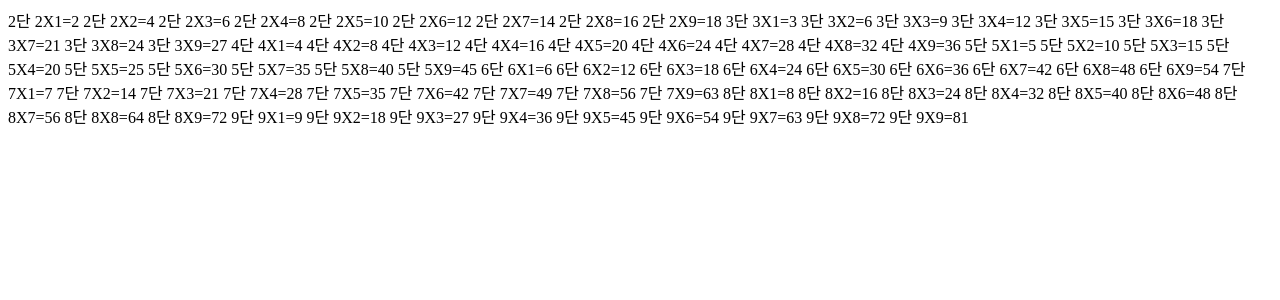
Repository: sieoh/2024html-
Page: http://localhost/jspweb_07/HW_07_이시연.jsp
These files come from the project's save history. The page is drawn as it stood at one moment and after the next save; the edit follows.
The browser window is 1280 px wide. The pictures show the whole page.
The page is served by Tomcat 9. Other server files are loaded and not shown.

Above is the page before, as saved 2024-01-11 02:33:48.

### workspace_sts/jspweb_07/src/main/webapp/HW_07_이시연.jsp
<%@ page language="java" contentType="text/html; charset=UTF-8"
    pageEncoding="UTF-8"%>
<!DOCTYPE html>
<html>
<head>
<meta charset="UTF-8">
<title>Insert title here</title>
</head>
<body>
	<%
		for(int i=2;i<10;i++) {
			for(int j=1;j<10;j++) {
				out.println(i+"단");
				out.println(i+"X"+j+"="+j*i);
			}
		}
	%>
	<table>
		<tr>
			<th></th>
		</tr>
	</table>
</body>
</html>

After the next save:
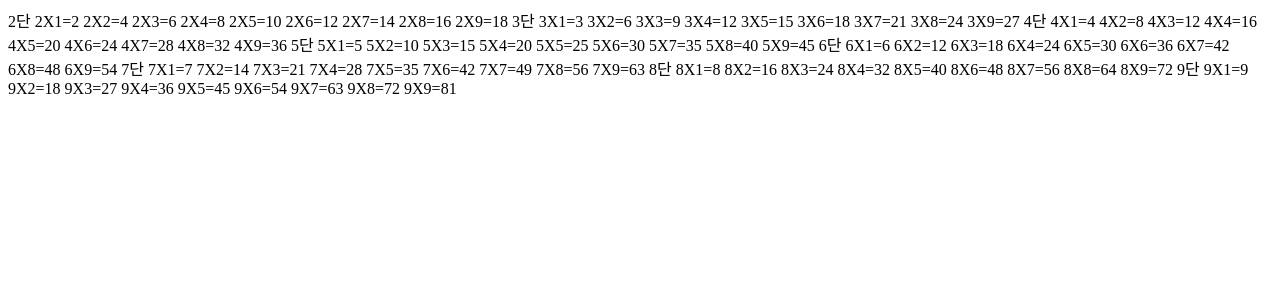
Saved 17 s later.
--- a/workspace_sts/jspweb_07/src/main/webapp/HW_07_이시연.jsp
+++ b/workspace_sts/jspweb_07/src/main/webapp/HW_07_이시연.jsp
@@ -9,8 +9,8 @@
 <body>
 	<%
 		for(int i=2;i<10;i++) {
+			out.println(i+"단");
 			for(int j=1;j<10;j++) {
-				out.println(i+"단");
 				out.println(i+"X"+j+"="+j*i);
 			}
 		}
